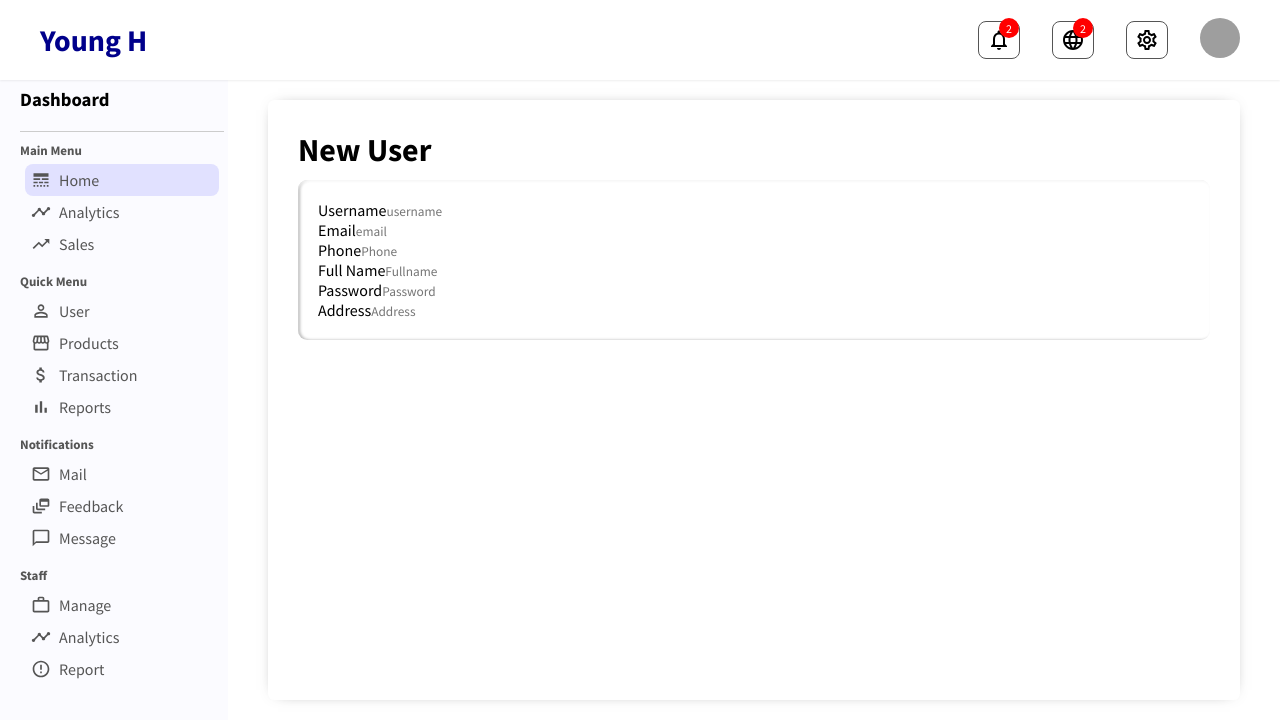
Repository: noname20011/admin
Page: /register
The author's editor kept a copy of each file at every save. The page is drawn from the files as they stood at one save, then again after the next save.
The browser window is 1280 px wide. The pictures show the whole page.
Pictures or frames that could not be fetched are drawn as grey boxes. The project was rebuilt for these pictures with package versions that can differ from the ones it lists, and the page was loaded fresh each time. Also part of the build but not shown: src/pages/home/home.css, src/comopnents/featureInfo/feature.css, src/comopnents/featureInfo/Feature.jsx, src/comopnents/chart/chart.css, src/comopnents/chart/Chart.jsx, src/comopnents/widgetSm/widgetSm.css, src/comopnents/widgetSm/WidgetSm.jsx, src/comopnents/widgetLg/widgetLg.css and 7 more.

Above is the page before, as saved 2021-11-14 15:18:36.

### public/index.html
<!DOCTYPE html>
<html lang="en">
  <head>
    <meta charset="utf-8" />
    <meta name="viewport" content="width=device-width, initial-scale=1" />
    <meta name="theme-color" content="#000000" />
    <meta
      name="description"
      content="Web site created using create-react-app"
    />
    <!-- GOOGLE FONTS -->
    <link href="https://fonts.googleapis.com/css2?family=Source+Sans+Pro:wght@200;300;400;600;700;900&display=swap" rel="stylesheet">
    <style>
      * {
        font-family: 'Source Sans Pro', sans-serif;
        padding: 0;
        margin: 0;
      }
    </style>
    <title>React Admin App</title>
  </head>
  <body>
    <div id="root"></div>
  </body>
</html>

### src/App.js
import Topbar from "./comopnents/topbar/Topbar";
import Sidebar from "./comopnents/sidebar/Sidebar";
import Home from "./pages/home/Home.jsx"
import UserList from "./pages/userList/UserList";
import User from "./pages/user/User";
import NewUser from "./pages/newUser/NewUser";
import './app.css'

import {BrowserRouter as Router, Routes , Route} from "react-router-dom"
function App() {
  return (
    <div>
      <Router>
        <Topbar/>
        <div className="container">
          <Sidebar/>
          <Routes >
            <Route path="/" exact element={<Home/>}/>
            <Route path="/users" exact element={<UserList/>}/>
            <Route path="/user/:userId" exact element={<User/>}/>
            <Route path="/register" exact element={<NewUser/>}/>
          </Routes>
        </div>
      </Router>
    </div>
  );
}

export default App;

### src/comopnents/topbar/Topbar.jsx
import React from 'react'
import './topbar.css'

import { Language, NotificationsNone, SettingsOutlined  } from '@material-ui/icons'

export default function Topbar() {
    return (
        <div className="topbar">
            <div className="topbarWrapper">
                <div className="topLeft">
                    <div className="logo">Young H</div>
                </div>
                <div className="topRight">
                    <div className="topbarIconContainer">
                        <NotificationsNone/>
                        <div className="topIconsBadge">2</div>
                    </div>
                    <div className="topbarIconContainer">
                        <Language/>
                        <div className="topIconsBadge">2</div>
                    </div>
                    <div className="topbarIconContainer">
                        <SettingsOutlined/>
                    </div>
                    <div>
                        <img src="https://images.pexels.com/photos/1526814/pexels-photo-1526814.jpeg?auto=compress&cs=tinysrgb&dpr=2&w=500" alt="admin" className="topAvatar"/>
                    </div>
                </div>
            </div>
        </div>
    )
}

### src/comopnents/sidebar/Sidebar.jsx
import { AttachMoney, BarChart, ChatBubbleOutline, DynamicFeed, ErrorOutline, LineStyle, MailOutlined, PersonOutline, Storefront, Timeline, TrendingUp,  WorkOutlineOutlined } from '@material-ui/icons'
import React from 'react'
import "./sidebar.css"
export default function Sidebar() {
    return (
        <div className="sidebar">
            <div className="sidebarWrapper">
                <h3 className="sidebarTitle">Dashboard</h3>
                <div className="sidebarMenu">
                    <h4 className="sidebarMenuTitle">Main Menu</h4>
                    <ul className="sidebarLists">
                        <li className="sidebarListItem active">
                            <LineStyle className="sidebarIcon"/>
                            Home
                        </li>
                        <li className="sidebarListItem">
                            <Timeline className="sidebarIcon"/>
                            Analytics
                        </li>
                        <li className="sidebarListItem">
                            <TrendingUp className="sidebarIcon"/>
                            Sales
                        </li>
                    </ul>
                </div>
                <div className="sidebarMenu">
                    <h4 className="sidebarMenuTitle">Quick Menu</h4>
                    <ul className="sidebarLists">
                        <li className="sidebarListItem">
                            <PersonOutline className="sidebarIcon"/>
                            User
                        </li>
                        <li className="sidebarListItem">
                            <Storefront className="sidebarIcon"/>
                            Products
                        </li>
                        <li className="sidebarListItem">
                            <AttachMoney className="sidebarIcon"/>
                            Transaction
                        </li>
                        <li className="sidebarListItem">
                            <BarChart className="sidebarIcon"/>
                            Reports
                        </li>
                    </ul>
                </div>
                <div className="sidebarMenu">
                    <h4 className="sidebarMenuTitle">Notifications</h4>
                    <ul className="sidebarLists">
                        <li className="sidebarListItem">
                            <MailOutlined className="sidebarIcon"/>
                            Mail
                        </li>
                        <li className="sidebarListItem">
                            <DynamicFeed className="sidebarIcon"/>
                            Feedback
                        </li>
                        <li className="sidebarListItem">
                            <ChatBubbleOutline className="sidebarIcon"/>
                            Message
                        </li>
                    </ul>
                </div>
                <div className="sidebarMenu">
                    <h4 className="sidebarMenuTitle">Staff</h4>
                    <ul className="sidebarLists">
                        <li className="sidebarListItem">
                            <WorkOutlineOutlined className="sidebarIcon"/>
                            Manage
                        </li>
                        <li className="sidebarListItem">
                            <Timeline className="sidebarIcon"/>
                            Analytics
                        </li>
                        <li className="sidebarListItem">
                            <ErrorOutline className="sidebarIcon"/>
                            Report
                        </li>
                    </ul>
                </div>
            </div>
        </div>
    )
}

### src/pages/newUser/NewUser.jsx
import "./newUser.css"

export default function NewUser() {
    return (
        <div className="newUser">
            <h1 className="newUserTitle">New User</h1>
            <div className="newUserContainer">
                <form action="" className="newUserForm">
                    <div className="newUserItem">
                        <label>Username</label>
                        <input type="text" className="newUserInput" placeholder="username"/>
                    </div>
                    <div className="newUserItem">
                        <label>Email</label>
                        <input type="email" className="newUserInput" placeholder="email"/>
                    </div>
                    <div className="newUserItem">
                        <label>Phone</label>
                        <input type="text" className="newUserInput" placeholder="Phone"/>
                    </div>
                    <div className="newUserItem">
                        <label>Full Name</label>
                        <input type="text" className="newUserInput" placeholder="Fullname"/>
                    </div>
                    <div className="newUserItem">
                        <label>Password</label>
                        <input type="text" className="newUserInput" placeholder="Password"/>
                    </div>
                    <div className="newUserItem">
                        <label>Address</label>
                        <input type="text" className="newUserInput" placeholder="Address"/>
                    </div>
                </form>
            </div>
        </div>
    )
}

### src/app.css
ul, li {
    list-style: none;
}

a {
    text-decoration: none;
}

.container {
    display: flex;
}

.other {
    flex: 4;
}

button, input {
    border: none;
    outline: none;
}

### src/comopnents/topbar/topbar.css
.topbar {
    width: 100%;
    height: 80px;
    background: #fff;
    box-shadow: 0 .5px 2px rgba(0, 0, 0, 0.07);

    position: sticky;
    top: 0;
    z-index: 1000;
}

.topbarWrapper {
    height: 100%;
    padding: 0 40px;
    display: flex;
    justify-content: space-between;
    align-items: center;
}

.logo {
    font-weight: bold;
    font-size: 30px;
    color: darkblue;
    cursor: pointer;
}

.topRight {
    display: flex;
    align-items: center;
    column-gap: 2rem;
}
.topbarIconContainer {
    position: relative;
    cursor: pointer;
    width: 40px;
    height: 36px;
    border: 1px solid #555;
    border-radius: .5rem;
    display: flex;
    align-items: center;
    justify-content: center;
}

.topbarIconContainer:hover {
    background-color: rgb(248, 246, 246);
}

.topIconsBadge {
    font-size: 12px;
    position: absolute;
    top: -4px;
    right: 0px;

    width: 20px;
    height: 20px;
    background-color: red;
    color: #fff;
    border-radius: 50%;

    display: flex;
    place-content: center;
    place-items: center;
}

.topAvatar {
    width: 40px;
    height: 40px;
    object-fit: cover;
    border-radius: 50%;
    cursor: pointer;
}

### src/comopnents/sidebar/sidebar.css
.sidebar {
    flex: 1;
    background-color: rgb(251, 251, 255);
    position: sticky;
    top: 80px;
    height: calc(100vh - 80px);
}

.sidebarWrapper {
    padding: 8px 4px 0 20px;
}

.sidebarTitle {
    padding-bottom: 20px;
    margin-bottom: 10px;
    border-bottom: 1px solid #ccc;
}

.sidebarMenu {
    margin-bottom: 8px;
}

.sidebarMenuTitle {
    color: #555;
    font-size: 13px;
}

.sidebarLists {
    padding: 5px;
}

.sidebarListItem {
    display: flex;
    align-items: center;
    column-gap: .5rem;

    padding: 6px;
    color: #555;
    cursor: pointer;
    border-radius: .5rem;
}

.sidebarListItem.active,
.sidebarListItem:hover {
    background-color: rgb(225, 225, 255);
}

.sidebarIcon {
    font-size: 20px!important;
}

### src/pages/newUser/newUser.css
.newUser {
    flex: 4;
    margin: 20px 40px;
    padding: 30px;
    border-radius: .4rem;
    -webkit-box-shadow: 0px 0px 15px -10px rgba(0, 0, 0, 0.75);
    box-shadow: 0px 0px 15px -10px rgba(0, 0, 0, 0.75);
}

.newUserContainer {
    padding: 20px;
    margin-top: 10px;
    border-radius: .6rem;
    box-shadow: inset 0px 2px 3px rgba(255, 255, 255, 0.8), inset 2px 0px 3px rgba(0, 0, 0, 0.3) ;
}

Loaded but not shown: src/index.js (common file)

After the next save:
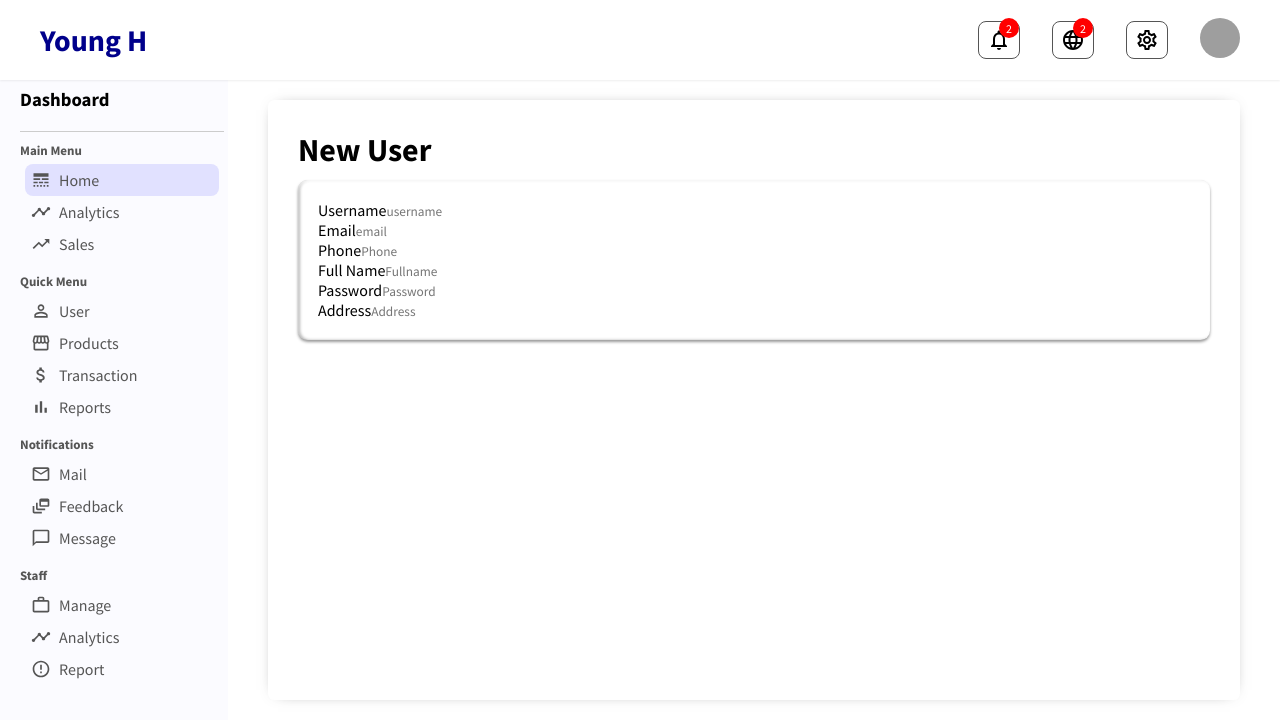
Saved 29 s later.
--- a/src/pages/newUser/newUser.css
+++ b/src/pages/newUser/newUser.css
@@ -11,5 +11,5 @@
     padding: 20px;
     margin-top: 10px;
     border-radius: .6rem;
-    box-shadow: inset 0px 2px 3px rgba(255, 255, 255, 0.8), inset 2px 0px 3px rgba(0, 0, 0, 0.3) ;
+    box-shadow: inset 0px 2px 3px rgba(255, 255, 255, 0.8), inset 2px 0px 3px rgba(0, 0, 0, 0.3), 0px 2px 3px rgba(0, 0, 0, 0.4)  ;
 }
